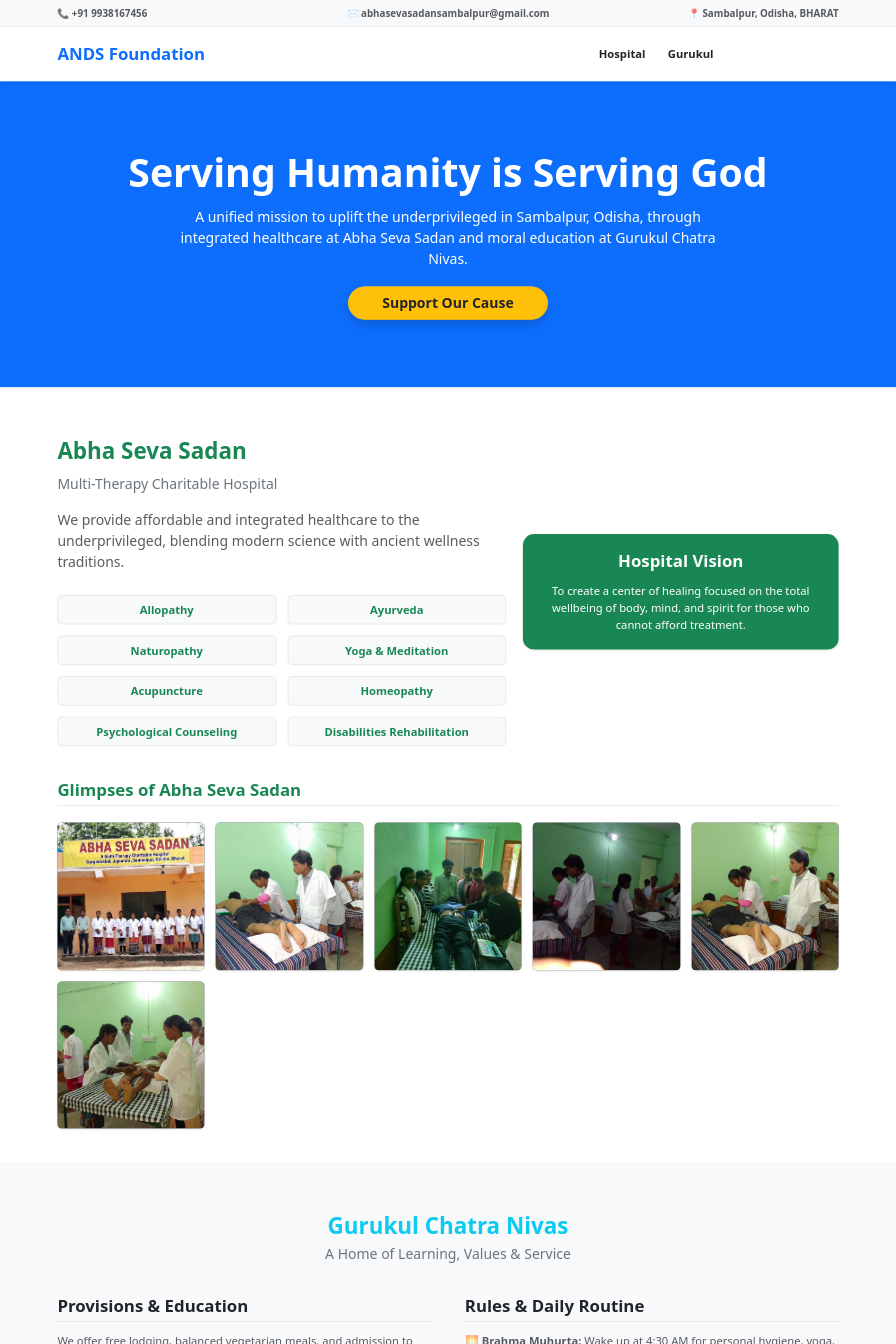
Repository: Gagankumar7869/ngo-website
Page: /
An editor plug-in stored every save of this project. The page is shown before and after the next save, followed by the edit.
The browser window is 1280 px wide. The pictures show the part of the page from y = 0 to 1920 px (the page is 4001 px tall before and 4661 px after), at 70% of full size.
The project was rebuilt for these pictures with package versions that can differ from the ones it lists, and the page was loaded fresh each time. Also part of the build but not shown: vite.config.js.

Above is the page before, as saved 2026-03-18 11:13:41.

After the next save:
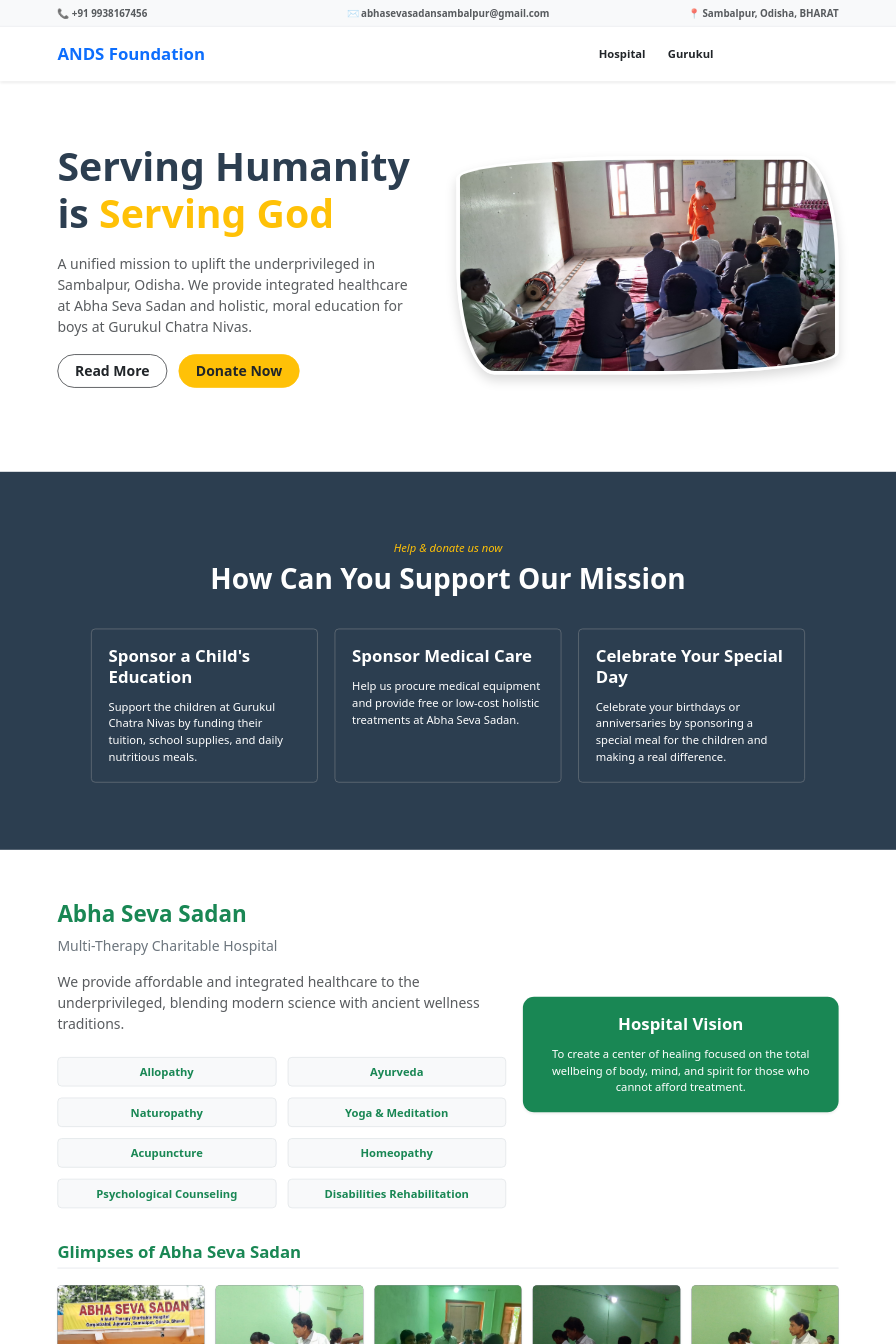
Saved 5 min 26 s later.
--- a/src/pages/Home.jsx
+++ b/src/pages/Home.jsx
@@ -3,25 +3,78 @@
 import qrCodeImage from '../assets/images/abha-qr.png';
 
 const Home = () => {
-  // Placeholder arrays for your photos.
-  // Name your photos hospital-1.jpg, gurukul-1.jpg, etc.
+  // Your real photo counts for the galleries
   const hospitalPhotos = Array.from({ length: 6 }, (_, i) => i + 1);
   const gurukulPhotos = Array.from({ length: 18 }, (_, i) => i + 1);
 
   return (
     <div>
-      {/* HERO SECTION */}
-      <header className="bg-primary text-white text-center py-5 shadow-sm">
-        <div className="container py-5">
-          <h1 className="display-4 fw-bold mb-3">Serving Humanity is Serving God</h1>
-          <p className="lead fw-light mb-4 mx-auto" style={{ maxWidth: '800px' }}>
-            A unified mission to uplift the underprivileged in Sambalpur, Odisha, through integrated healthcare at Abha Seva Sadan and moral education at Gurukul Chatra Nivas.
-          </p>
-          <a href="#donate" className="btn btn-warning text-dark btn-lg fw-bold px-5 rounded-pill shadow">
-            Support Our Cause
-          </a>
+      {/* NEW SPLIT HERO SECTION */}
+      <header className="bg-white py-5 mt-3 mb-5">
+        <div className="container py-4">
+          <div className="row align-items-center">
+            {/* Text on the Left */}
+            <div className="col-lg-6 mb-5 mb-lg-0 pe-lg-5">
+              <h1 className="display-4 fw-bold mb-4" style={{ color: '#2c3e50' }}>
+                Serving Humanity is <span className="text-warning">Serving God</span>
+              </h1>
+              <p className="lead text-muted mb-4 lh-base">
+                A unified mission to uplift the underprivileged in Sambalpur, Odisha.
+                We provide integrated healthcare at Abha Seva Sadan and holistic, moral education for boys at Gurukul Chatra Nivas.
+              </p>
+              <div className="d-flex gap-3">
+                <a href="#gurukul" className="btn btn-outline-dark btn-lg px-4 rounded-pill fw-semibold">
+                  Read More
+                </a>
+                <a href="#donate" className="btn btn-warning btn-lg px-4 rounded-pill fw-bold text-dark">
+                  Donate Now
+                </a>
+              </div>
+            </div>
+            {/* Image on the Right */}
+            <div className="col-lg-6 text-center">
+              {/* This uses your first Gurukul photo as the welcoming hero image */}
+              <img
+                src={`/src/assets/images/gurukul-1.jpg`}
+                alt="Children of Gurukul"
+                className="img-fluid hero-image border border-white border-5 shadow"
+              />
+            </div>
+          </div>
         </div>
       </header>
+
+      {/* NEW DARK SUPPORT CARDS SECTION */}
+      <section className="py-5" style={{ backgroundColor: '#2c3e50' }}>
+        <div className="container text-center py-5">
+          <p className="text-warning fst-italic mb-2">Help & donate us now</p>
+          <h2 className="fw-bold text-white mb-5 display-6">How Can You Support Our Mission</h2>
+
+          <div className="row g-4 px-lg-5">
+            {/* Card 1 */}
+            <div className="col-md-4">
+              <div className="support-card p-4 h-100 border border-secondary rounded text-start">
+                <h4 className="fw-bold mb-3">Sponsor a Child's Education</h4>
+                <p className="mb-0">Support the children at Gurukul Chatra Nivas by funding their tuition, school supplies, and daily nutritious meals.</p>
+              </div>
+            </div>
+            {/* Card 2 */}
+            <div className="col-md-4">
+              <div className="support-card p-4 h-100 border border-secondary rounded text-start">
+                <h4 className="fw-bold mb-3">Sponsor Medical Care</h4>
+                <p className="mb-0">Help us procure medical equipment and provide free or low-cost holistic treatments at Abha Seva Sadan.</p>
+              </div>
+            </div>
+            {/* Card 3 */}
+            <div className="col-md-4">
+              <div className="support-card p-4 h-100 border border-secondary rounded text-start">
+                <h4 className="fw-bold mb-3">Celebrate Your Special Day</h4>
+                <p className="mb-0">Celebrate your birthdays or anniversaries by sponsoring a special meal for the children and making a real difference.</p>
+              </div>
+            </div>
+          </div>
+        </div>
+      </section>
 
       {/* ABHA SEVA SADAN (HOSPITAL) */}
       <section id="hospital" className="container py-5 mt-4">
@@ -57,9 +110,7 @@
             {hospitalPhotos.map((num) => (
               <div className="col" key={`hosp-${num}`}>
                 <div className="ratio ratio-1x1 bg-secondary rounded shadow-sm overflow-hidden d-flex align-items-center justify-content-center text-white">
-                  {/* Uncomment the line below and remove the span when your images are ready */}
                   { <img src={`/src/assets/images/hospital-${num}.jpg`} alt={`Hospital ${num}`} className="img-fluid object-fit-cover w-100 h-100" /> }
-
                 </div>
               </div>
             ))}
@@ -101,9 +152,7 @@
               {gurukulPhotos.map((num) => (
                 <div className="col" key={`guru-${num}`}>
                   <div className="ratio ratio-1x1 bg-secondary rounded shadow-sm overflow-hidden d-flex align-items-center justify-content-center text-white">
-                    {/* Uncomment the line below and remove the span when your images are ready */}
                     { <img src={`/src/assets/images/gurukul-${num}.jpg`} alt={`Gurukul ${num}`} className="img-fluid object-fit-cover w-100 h-100" /> }
-
                   </div>
                 </div>
               ))}
